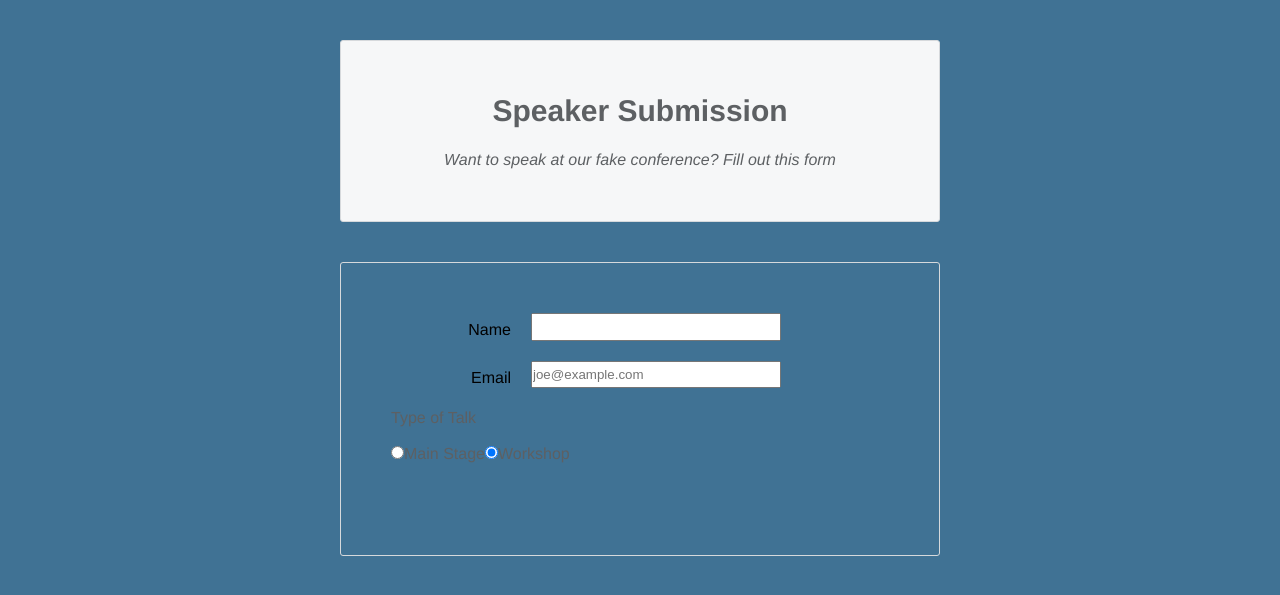
Repository: randomUser134923/pet-projects
Page: CSS_practice/7_forms/index.html
The author's editor kept a record of every edit. The page is drawn from the files as they stood at one moment, then again after the next edit.
The browser window is 1280 px wide. The pictures show the whole page.

Above is the page before.

### CSS_practice/7_forms/index.html
<!DOCTYPE html>
<html lang='en'>
    <head>
        <meta charset='UTF-8'/>
        <title>Speaker Submission</title>
        <link rel='stylesheet' href='style.css'/>
    </head>

    <body>
        <header class='speaker-form-header'>
            <h1> Speaker Submission </h1>
            <p><em>Want to speak at our fake conference? Fill out this form</em></p>
        </header>

        <form action='' method='get' class='speaker-form'>
            <div class='form-row'>
                <label for='full name'>Name</label>
                <input id='full-name' name='full-name' type='text'/>
            </div>

            <div class='form-row'>
                <label for='email'>Email</label>
                <input id='email' name='email' type='email' placeholder='joe@example.com'/>
            </div>

            <fieldset class='legacy-form-row'>
              <legend>Type of Talk</legend>
              <input id='talk-type-1'
                     name='talk-type'
                     type='radio'
                     value='main-stage' />
              <label for='talk-type-1' class='radio-label'>Main Stage</label>
              <input id='talk-type-2'
                     name='talk-type'
                     type='radio'
                     value='workshop'
                     checked />
              <label for='talk-type-2' class='radio-label'>Workshop</label>
            </fieldset>

        </form>
    </body>
</html>

### CSS_practice/7_forms/style.css
* {
    margin: 0;
    padding: 0;
    box-sizing: border-box;
}

body {
    color: #5D6063;
    background-color: #EAEDF0;
    font-family: "Helvetica", "Arial", sans-serif;
    font-size: 16px;
    line-height: 1.3;
    display: flex;
    flex-direction: column;
    align-items: center;
}

.speaker-form-header {
    text-align: center;
    background-color: #F6F7F8;
    border: 1px solid #D6D9DC;
    border-radius: 3px;
    width: 80%;
    margin: 40px 0;
    padding: 50px;
}

.speaker-form-header h1 {
    font-size: 30px;
    margin-bottom: 20px;
}

.speaker-form {
    bacgkround-color: #F6F7F8;
    border: 1px solid #D6D9DC;
    border-radius: 3px;

    width: 80%;
    padding: 50px;
    margin: 0 0 40px 0;
}

.form-row {
    margin-bottom: 40px;
    display: flex;
    justify-content: flex-start;
    flex-direction: column;
    flex-wrap: wrap;
}

.form-row input[type='text']
.form-row input[type='email']
{
    background-color: #FFFFFF;
    border: 1px solid #D6D9DC;
    border-radius: 3px;
    width: 100%;
    padding: 7px;
    font-size: 14px;
}

.form-row {
    margin-bottom: 15px;
}


.legacy-form-row {
    border: none;
    margin-bottom: 40px;
}

.legacy-form-row legend {
    margin-bottom:15px;
}

.legacy-form-row .raido-label {
    display: block;
    font-size: 14px;
    padding: 0 20px 0 10px;
}

.legacy-form-row input[type='radio'] {
    margin-top: 2px;
}

.legacy-form-row .radio-label ,
.legacy-form-row input[type='radio'] {
    float:left;
}

@media only screen and (min-width: 700px) {

    body {
        background-color: #407294;
    }

    .speaker-form-header , .speaker-form {
        width: 600px;
    }

    .form-row {
        flex-direction: row;
        align-item: flex-start;
        margin-bottom: 20px;
    }

    .form-row input[type='text'],
    .form-row input[type='email'],
    .from-row select,
    .from-row textarea
    {
        width: 250px;
        height: auto;
    }

    .form-row input[type='text']:invalid,
    .form-row input[type='email']:invalid
    {
        border: 1px solid #5DDC5F;
        color: #D55C5F;

    }

    .form-row label {
        text-align: right;
        width: 120px;
        color: black;
        margin-right: 20px;
        margin-top: 7px;
    }
}

After the next edit:
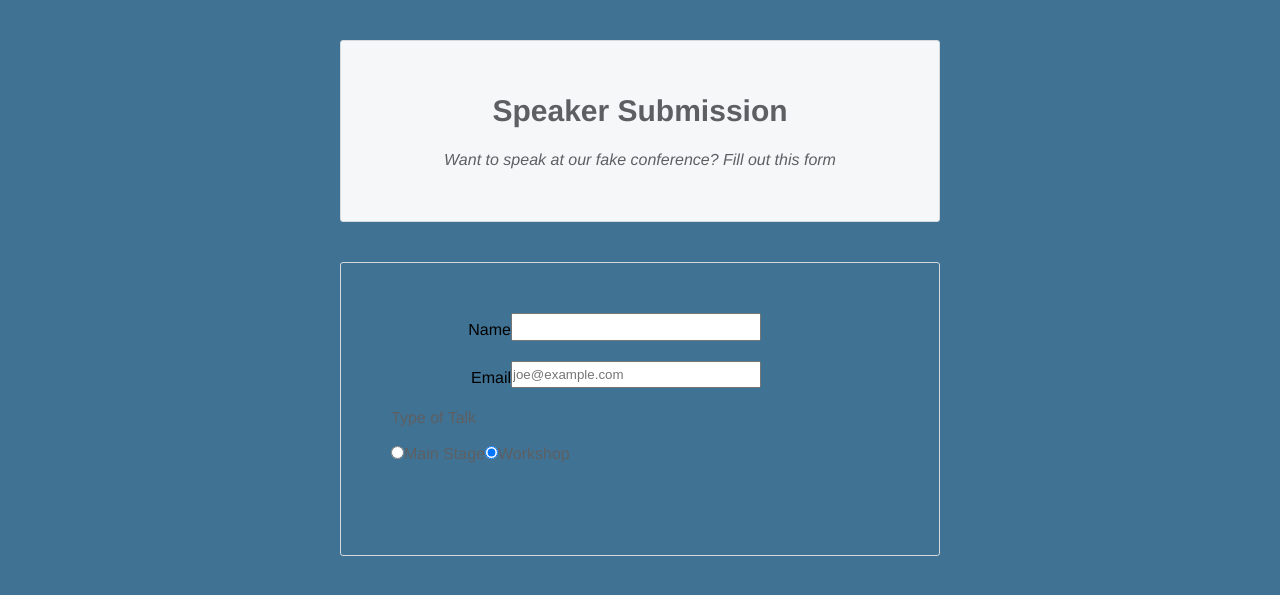
The edit:
--- a/CSS_practice/7_forms/style.css
+++ b/CSS_practice/7_forms/style.css
@@ -125,7 +125,7 @@
         text-align: right;
         width: 120px;
         color: black;
-        margin-right: 20px;
+        margin-right: 0px;
         margin-top: 7px;
     }
 }
